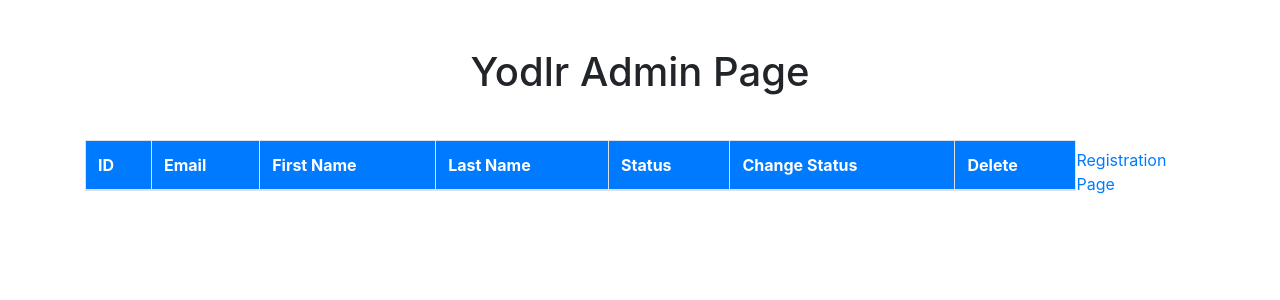
Repository: rmdayberry/yodlr-take-home
Page: public/admin.html
An editor plug-in stored every save of this project. The page is shown before and after the next save, followed by the edit.
The browser window is 1280 px wide. The pictures show the whole page.
The page's requests for data from a server got no answer.

Above is the page before, as saved 2024-10-09 08:30:37.
Console error: TypeError: Cannot read properties of undefined (reading 'message')

### public/admin.html
<!DOCTYPE html>
<html>
  <head>
    <meta charset="utf-8" />
    <title>Yodlr Admin Page</title>
    <link
      rel="stylesheet"
      href="https://stackpath.bootstrapcdn.com/bootstrap/4.5.2/css/bootstrap.min.css"
    />
    <link rel="stylesheet" href="css/admin.css" />
    <script src="https://code.jquery.com/jquery-3.6.0.min.js"></script>
    <script>
      $(document).ready(function () {
        function loadUsers() {
          $.ajax({
            type: "GET",
            url: "http://localhost:3000/users",
            success: function (users) {
              var tableBody = $("#userTable tbody");
              tableBody.empty(); // clear the table before adding new rows

              users.forEach(function (user) {
                var statusButtons =
                  user.status === "active"
                    ? `<button class="set-pending" data-id="${user.id}">Set as Pending</button>`
                    : `<button class="set-active" data-id="${user.id}">Set as Active</button>`;

                tableBody.append(
                  `<tr>
                      <td>${user.id}</td>
                      <td>${user.email}</td>
                      <td>${user.firstName}</td>
                      <td>${user.lastName}</td>
                      <td>${user.status}</td>
                      <td>${statusButtons}
                      </td>
                      <td><button type="button" class="btn btn-outline-danger" data-id="${user.id}">Delete</button></td>
                      </tr>`
                );
              });
            },
            error: function (err) {
              alert("Error fetching users: " + err.responseJSON.message);
            },
          });
        }

        loadUsers(); //loads users on page load

        // Handle set as pending button click
        $("#userTable").on("click", ".set-pending", function () {
          var userId = $(this).data("id");
          $.ajax({
            type: "PUT",
            url: `http://localhost:3000/users/${userId}`,
            data: JSON.stringify({ id: userId, status: "pending" }), // Change status to 'pending'
            contentType: "application/json",
            success: function () {
              alert("User status updated to pending");
              loadUsers(); // Reload users after status change
            },
            error: function (err) {
              alert("Error updating user status: " + err.responseJSON.message);
            },
          });
        });

        // Handle set as active button click
        $("#userTable").on("click", ".set-active", function () {
          var userId = $(this).data("id");
          $.ajax({
            type: "PUT",
            url: `http://localhost:3000/users/${userId}`,
            data: JSON.stringify({ id: userId, status: "active" }), // Change status to 'active'
            contentType: "application/json",
            success: function () {
              alert("User status updated to active");
              loadUsers(); // Reload users after status change
            },
            error: function (err) {
              alert("Error updating user status: " + err.responseJSON.message);
            },
          });
        });

        //Handle delete button click
        $("#userTable").on("click", ".delete", function () {
          var userId = $(this).data("id");
          $.ajax({
            type: "DELETE",
            url: `http://localhost:3000/users/${userId}`,
            success: function () {
              alert("User was deleted");
              loadUsers(); // reloads users after deletion was made
            },
            error: function (err) {
              alert("Error deleting user: " + err.responseJSON.message);
            },
          });
        });
      });
    </script>
  </head>
  <body>
    <div class="container mt-5">
      <h1 class="text-center mb-4">Yodlr Admin Page</h1>
      <div class= "d-flex align-items-center">
        <div class="table-responsive">
      <table class= "table table-striped table-bordered table-hover" id="userTable">
        <thead>
          <tr>
            <th>ID</th>
            <th>Email</th>
            <th>First Name</th>
            <th>Last Name</th>
            <th>Status</th>
            <th>Change Status</th>
            <th>Delete</th>
          </tr>
        </thead>
        <tbody></tbody>
      </table>
      </div>
      <div class="text-left mt-3">
        <a href="signup.html">Registration Page</a>
      </div>
    </div>
  </body>
</html>

### public/css/admin.css
table {
  width: 100%;
  border-collapse: collapse;
  margin-top: 20px;
}
table,
th,
td {
  border: 1px solid #ddd;
}
th,
td {
  padding: 12px;
  text-align: left;
}
th {
  background-color: #007bff;
  color: white;
}

tr:nth-child(even) {
  background-color: #f2f2f2;
}
tr:nth-child(odd) {
  background-color: white;
}
tr:hover {
  background-color: #f1f1f1;
}

@media (max-width: 768px) {
  table {
    display: block;
    overflow-x: auto;
    white-space: nowrap;
  }
}

.btn-custom {
  margin-right: 5px;
  padding: 8px 12px;
}

.btn-custom {
  transition: background-color 0.3s ease;
}
.btn-custom:hover {
  opacity: 0.8;
}

After the next save:
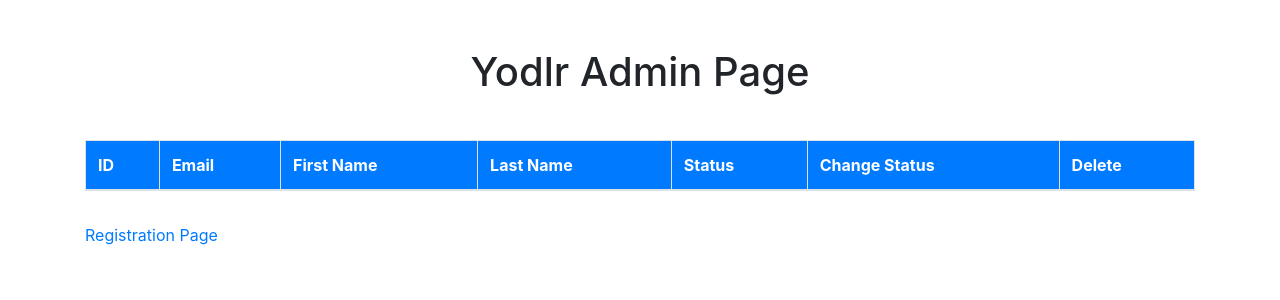
Saved 33 s later.
--- a/public/admin.html
+++ b/public/admin.html
@@ -104,22 +104,24 @@
   <body>
     <div class="container mt-5">
       <h1 class="text-center mb-4">Yodlr Admin Page</h1>
-      <div class= "d-flex align-items-center">
-        <div class="table-responsive">
-      <table class= "table table-striped table-bordered table-hover" id="userTable">
-        <thead>
-          <tr>
-            <th>ID</th>
-            <th>Email</th>
-            <th>First Name</th>
-            <th>Last Name</th>
-            <th>Status</th>
-            <th>Change Status</th>
-            <th>Delete</th>
-          </tr>
-        </thead>
-        <tbody></tbody>
-      </table>
+      <div class="table-responsive">
+        <table
+          class="table table-striped table-bordered table-hover"
+          id="userTable"
+        >
+          <thead>
+            <tr>
+              <th>ID</th>
+              <th>Email</th>
+              <th>First Name</th>
+              <th>Last Name</th>
+              <th>Status</th>
+              <th>Change Status</th>
+              <th>Delete</th>
+            </tr>
+          </thead>
+          <tbody></tbody>
+        </table>
       </div>
       <div class="text-left mt-3">
         <a href="signup.html">Registration Page</a>
